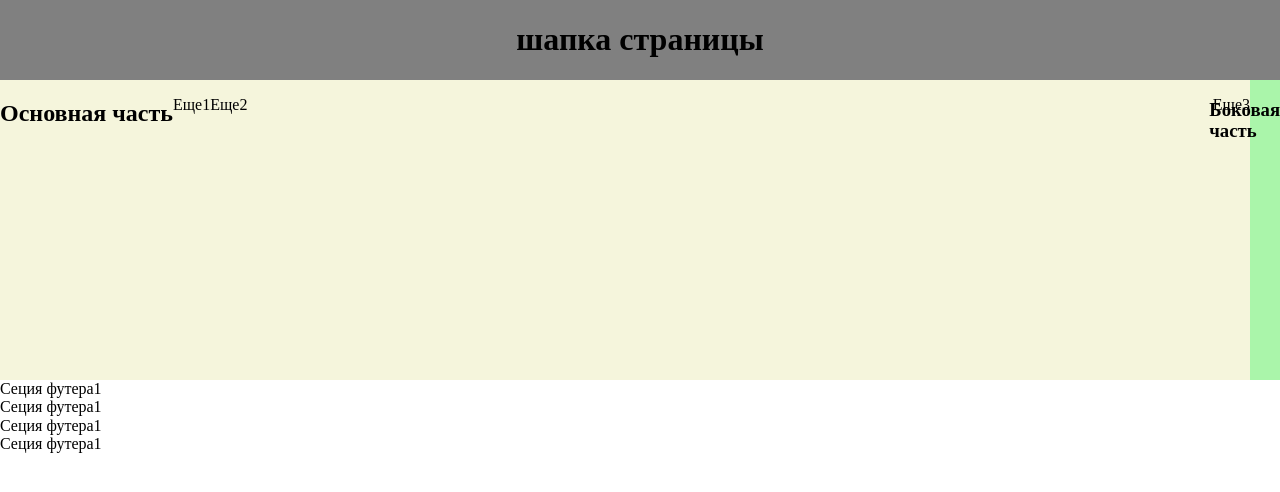
Repository: IrinaGetmanenko/week5
Page: week5/index.html
An editor plug-in stored every save of this project. The page is shown before and after the next save, followed by the edit.
The browser window is 1280 px wide. The pictures show the whole page.

Above is the page before, as saved 2022-08-28 11:19:30.

After the next save:
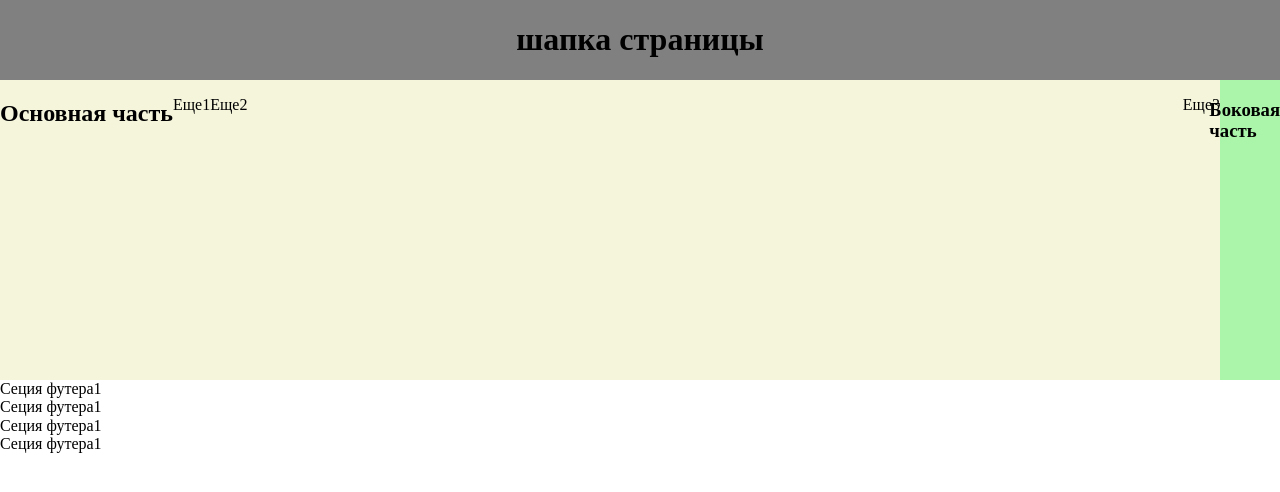
Saved 12 s later.
--- a/week5/index.html
+++ b/week5/index.html
@@ -39,7 +39,7 @@
     display: flex;
     justify-content: flex-end;
     height: 300px;
-    width: 30px;
+    width: 60px;
     background-color: rgb(170, 245, 170);
 
 
